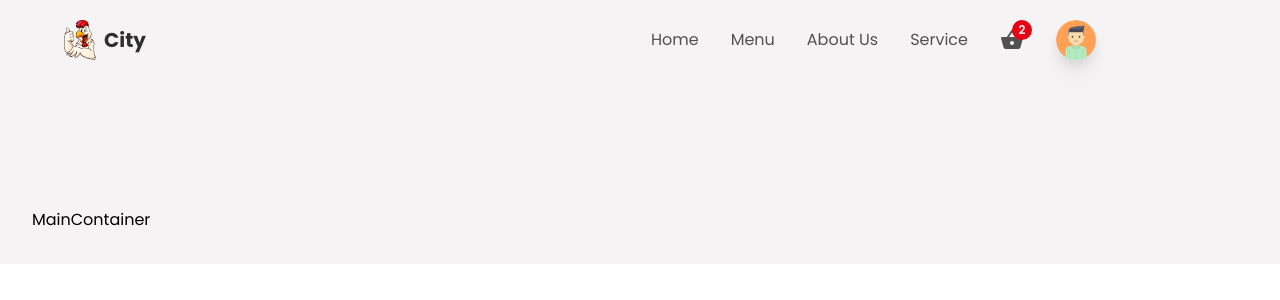
Repository: shorifuddin2/Responsive-Navbar-Redux-
Page: /
These files come from the project's save history. The page is drawn as it stood at one moment and after the next save; the edit follows.
The browser window is 1280 px wide. The pictures show the whole page.
The project was rebuilt for these pictures with package versions that can differ from the ones it lists, and the page was loaded fresh each time. Also part of the build but not shown: src/Component/CreateContainer.jsx.

Above is the page before, as saved 2022-06-26 23:12:41.

### src/index.js
import React from "react";
import ReactDOM from "react-dom";
import './index.css'

import { BrowserRouter as Router } from "react-router-dom";

import App from './App'
import { StateProvider } from "./Component/context/StateProvider";
import { initialState } from "./Component/context/initalState";
import reducer from "./Component/context/reducer";

ReactDOM.render(
<Router>
<StateProvider initialState={initialState} reducer={reducer}>
    <App/>
</StateProvider>
</Router>
,

document.getElementById("root"));

### src/index.css
@import url(https://fonts.googleapis.com/css?family=Poppins:100,100italic,200,200italic,300,300italic,regular,italic,500,500italic,600,600italic,700,700italic,800,800italic,900,900italic);

*{
    margin: 0;
    padding: 0;
    box-sizing: border-box;
}

body{
    font-family: 'Poppins',sans-serif, system-ui, -apple-system, BlinkMacSystemFont, 'Segoe UI', Roboto, Oxygen, Ubuntu, Cantarell, 'Open Sans', 'Helvetica Neue', sans-serif;
}

html,
body{
    scroll-behavior: smooth;
}

@tailwind base;
@tailwind components;
@tailwind utilities;

### src/App.js
import React from 'react';
import { Routes, Route } from 'react-router-dom';
import { AnimatePresence } from 'framer-motion';
import { CreateContainer, Header, MainContainer } from './Component';

const App = () => {
    return (
       <AnimatePresence>
         <div className='w-screen h-auto flex-col bg-primary'>
            <Header/>

            <main className='mt-24 p-8 w-full'>
                 <Routes>
                    <Route path="/*" element={<MainContainer/>}/>
                    <Route path="/createItem" element={<CreateContainer/>}/>
                 </Routes>
            </main>
        </div>
       </AnimatePresence>
    );
};

export default App;

### src/Component/context/StateProvider.js
import React, {createContext, useContext, useReducer} from "react";

export const StateContext = createContext();

export const StateProvider =({reducer, initialState, children})=>(

    <StateContext.Provider value={useReducer(reducer, initialState)}>
        {children}
    </StateContext.Provider>
);


    export const useStateValue = () => useContext(StateContext)

### src/Component/context/initalState.js
import { fetchUser } from "../../utils/fetchLocalStorageData"


const userInfo = fetchUser()

export const initialState = {
    user: userInfo,
}

### src/Component/context/reducer.js
export const actionType ={
    SET_USER: "SET_USER",
};

const reducer = (state, action) =>{
    console.log(action);

    switch (action.type){
        case actionType.SET_USER:
            return{
                ...state,
                user: action.user,
            };
    }
}

export default reducer;

### src/Component/index.js
export {default as Header} from "./Header";
export {default as MainContainer} from "./MainContainer";
export {default as CreateContainer} from "./CreateContainer";

### src/utils/fetchLocalStorageData.js
export const fetchUser =()=>{
    const userInfo = localStorage.getItem("user") !== "undefined"
    ? JSON.parse(localStorage.getItem("user"))
    : localStorage.clear();
    return userInfo;
};

### src/Component/Header.jsx
import React from 'react';
import {MdShoppingBasket} from "react-icons/md"
import { motion} from "framer-motion";
import Logo from "../img/logo.png";
import Avatar from "../img/avatar.png"
import { Link } from 'react-router-dom';

import { getAuth, signInWithPopup, GoogleAuthProvider } from "firebase/auth";
import { app } from '../firebase.config';
import { async } from '@firebase/util';
import { useStateValue } from './context/StateProvider';
import { actionType } from './context/reducer';

const Header = () => {

    const firebaseAuth = getAuth(app);
    const provider = new GoogleAuthProvider();

    const[{user}, dispatch] = useStateValue()

    const Login = async ()=>{
        if(!user){
            const {user : {refreshToken, providerData}} = await signInWithPopup(firebaseAuth, provider);
            dispatch({
            type : actionType.SET_USER,
            user: providerData[0],
        })
        localStorage.setItem("user", JSON.stringify(providerData[0]));
        }
    }
    return (
        <header className='flexed z-50 w-screen p-5 px-16'>
            {/* desktop & tablet */}
            <div className='hidden md:flex w-full h-full items-center justify-between'>
                <Link to={"/"} className='flex items-center gap-2'>
                <img src={Logo} className="w-8 object-cover" alt="logo" />
                    <p className='text-headingColor text-xl font-bold'>City</p>
                </Link>

                <div className='flex items-center gap-8'>
                <ul className='flex items-center gap-8'>
                    <li className='text-base text-textColor hover:text-headingColor duration-100 transition-all ease-in-out cursor-pointer'>Home</li>
                    <li className='text-base text-textColor hover:text-headingColor duration-100 transition-all ease-in-out cursor-pointer'>Menu</li>
                    <li className='text-base text-textColor hover:text-headingColor duration-100 transition-all ease-in-out cursor-pointer'>About Us</li>
                    <li className='text-base text-textColor hover:text-headingColor duration-100 transition-all ease-in-out cursor-pointer'>Service</li>
                </ul>

                <div className='relative flex items-center justify-center'>
                    <MdShoppingBasket className='text-textColor text-2xl cursor-pointer'/>
                    <div className='absolute -top-2 -right-2 w-5 h-5 rounded-full bg-cartNumBg flex items-center justify-center'>
                        <p className='text-xs text-white font-semibold'>2</p>
                    </div>
                </div>
                <div className='relative'>
                <motion.img whileTap={{scale: 0.6}} src={user ? user.photoURL : Avatar} className="w-10 min-w-[40px] h-10 min-h-[40px] drop-shadow-xl cursor-pointer rounded-full" alt="UserProfile" onClick={Login}/>

                <div className='w-40 bg-primary shadow-xl rounded-lg flex flex-col a'>

                </div>
                </div>
                </div>
            </div>

            {/* mobile */}
            <div className='flex md:hidden w-full h-full'>

            </div>
        </header>
    );
};

export default Header;

### src/Component/MainContainer.jsx
import React from 'react';

const MainContainer = () => {
    return (
        <div>
            MainContainer
        </div>
    );
};

export default MainContainer;

### src/firebase.config.js
import { getApp, getApps, initializeApp} from "firebase/app";
import {getFirestore} from "firebase/firestore";
import {getStorage} from "firebase/storage";

const firebaseConfig = {
    apiKey: "AIzaSyBL8A9yVC_6DQs2p30Fez5Aq6ffbL2fovU",
    authDomain: "restaurant-51b59.firebaseapp.com",
    databaseURL: "https://restaurant-51b59-default-rtdb.firebaseio.com",
    projectId: "restaurant-51b59",
    storageBucket: "restaurant-51b59.appspot.com",
    messagingSenderId: "537617740410",
    appId: "1:537617740410:web:4baacec6d1b10b994cc1c3"
  };

  const app = getApps.length > 0 ? getApp() : initializeApp(firebaseConfig);
  const firestore = getFirestore(app);
  const storage = getStorage(app);

  export {app, getFirestore, storage}

### tailwind.config.js
/** @type {import('tailwindcss').Config} */
module.exports = {
  content: [
    "./src/**/*.{js,jsx,ts,tsx}",
  ],
  theme: {
    extend: {
      width:{
        150: "150px",
        190: "190px",
        225: "225px",
        275: "275px",
        300: "300px",
        340: "340px",
        350: "350px",
        375: "375px",
        460: "460px",
        656: "656px",
        880: "880px",
        508: "508px",
      },
      height:{
        80: "80px",
        150: "150px",
        225: "225px",
        300: "300px",
        340: "340px",
        370: "370px",
        420: "420px",
        510: "510px",
        685: "685px",
        800: "800px",
        "90vh": "90vh",
      },
      minWidth:{
        210: "210px",
        350: "350px",
        620: "620px",
      },
      screens: {
        sm: "640px",
        md: "768px",
        lg: "1024px",
        xl: "1280px",
        "2xl": "1536px",
      },
      colors: {
        headingColor : "#2e2e2e",
        textColor : "#515151",
        cartNumBg : "#e80013",
        primary : "#f5f3f3"

      }
    },
  },
  plugins: [],
}

Loaded but not shown: public/index.html (common file)

After the next save:
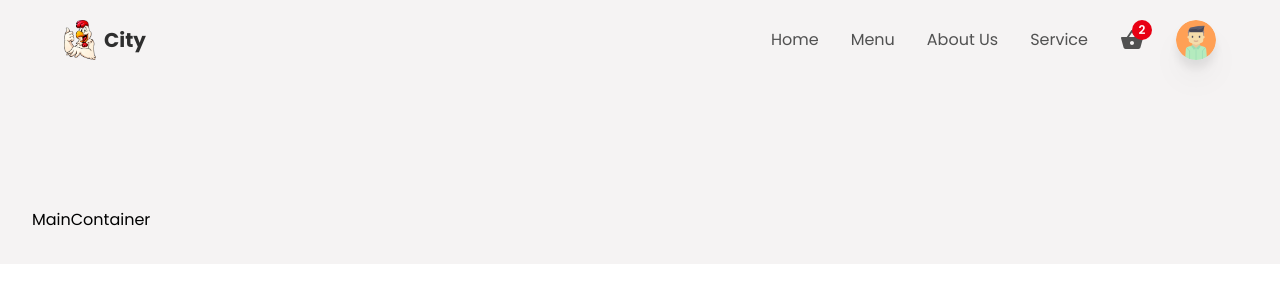
Saved 6 s later.
--- a/src/Component/Header.jsx
+++ b/src/Component/Header.jsx
@@ -54,7 +54,7 @@ const Header = () => {
                 <div className='relative'>
                 <motion.img whileTap={{scale: 0.6}} src={user ? user.photoURL : Avatar} className="w-10 min-w-[40px] h-10 min-h-[40px] drop-shadow-xl cursor-pointer rounded-full" alt="UserProfile" onClick={Login}/>
 
-                <div className='w-40 bg-primary shadow-xl rounded-lg flex flex-col a'>
+                <div className='w-40 bg-primary shadow-xl rounded-lg flex flex-col absolute'>
 
                 </div>
                 </div>
